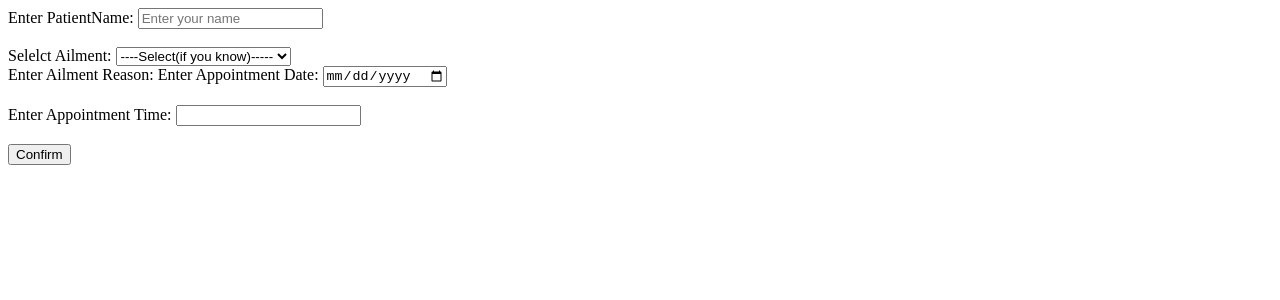
Repository: Pravinkumar-Raja/Appointment-Scheduling
Page: http://localhost/AppointmentProject/WEB-INF/views/Appoint.jsp
An editor plug-in stored every save of this project. The page is shown before and after the next save, followed by the edit.
The browser window is 1280 px wide. The pictures show the whole page.
The page is served by Tomcat 9. Nobody is signed in. The template is opened directly, without the code that normally fills it, so the values that code supplies are empty.

Above is the page before, as saved 2025-12-02 08:40:33.

After the next save:
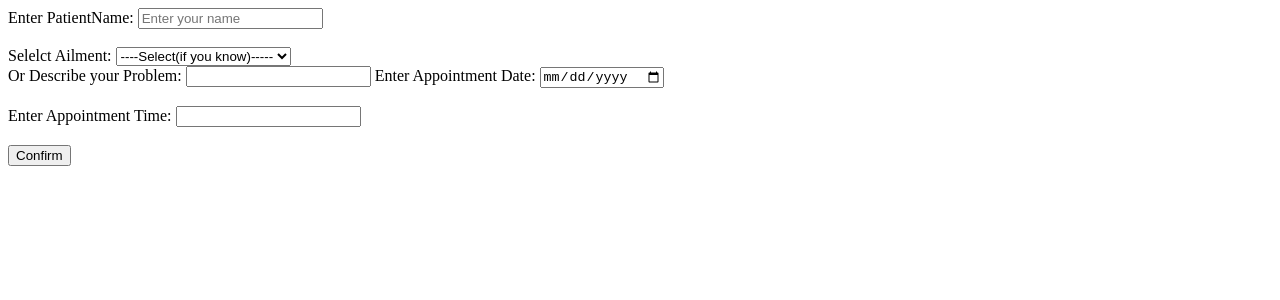
Saved 105 s later.
--- a/AppointmentProject/src/main/webapp/WEB-INF/views/Appoint.jsp
+++ b/AppointmentProject/src/main/webapp/WEB-INF/views/Appoint.jsp
@@ -10,7 +10,7 @@
 				<option value="Pediatrics">Child consultation</option>
 				<option value="Orthopedics">Bone/Joint Pain</option>
 			</select><br>
-			Enter Ailment Reason:
+			Or Describe your Problem: <input type="text" name="ailmentReason" plcaceholder="Eg: Chest discomfort, fever, skin allergy"/>
 			Enter Appointment Date: <input type="date" name="appointmentDate"/><br><br>
 			Enter Appointment Time: <input type="text" name="appointmentTime"/><br><br>
 			<button type="submit">Confirm</button>
